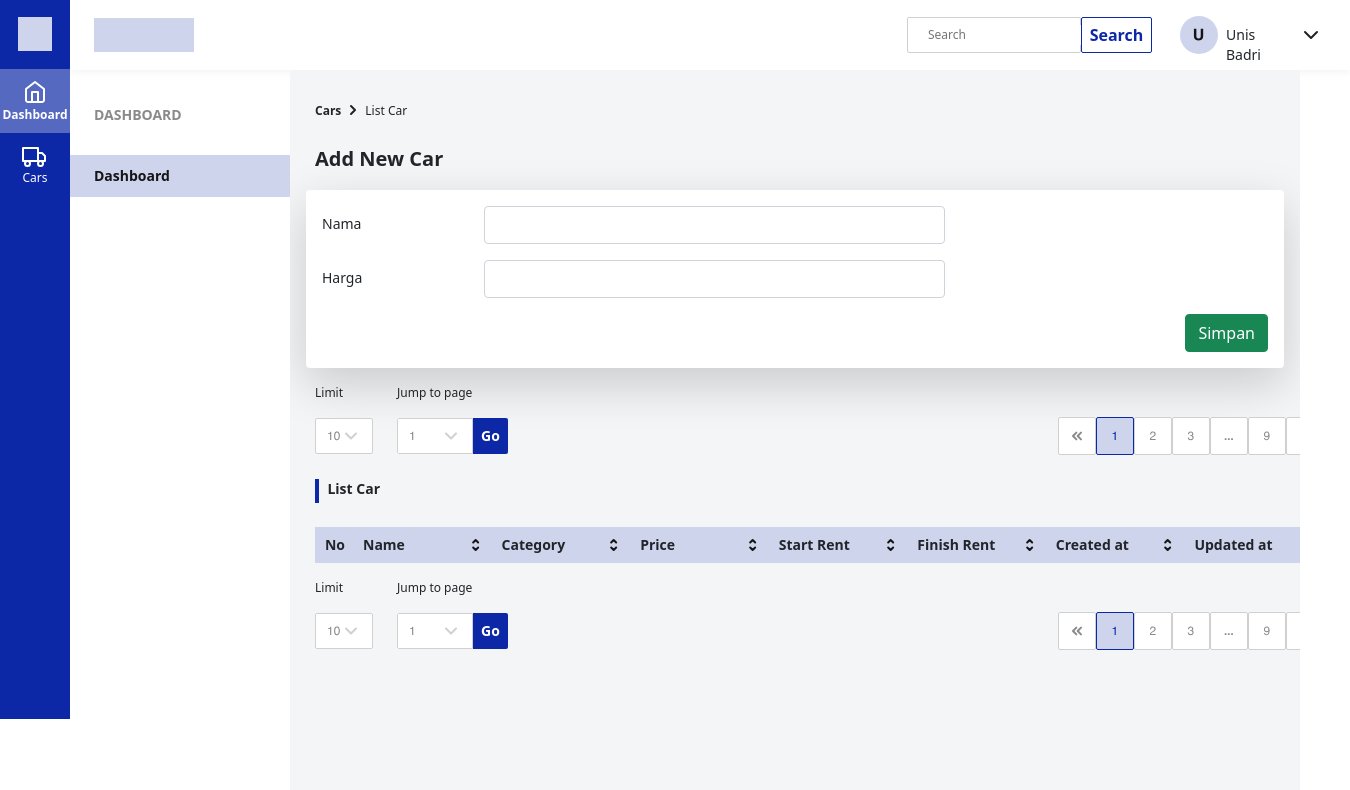
Repository: farrelmuhammad/challenge-7-binar
Page: /carlist/add
The author's editor kept a copy of each file at every save. The page is drawn from the files as they stood at one save, then again after the next save.
The browser window is 1280 px wide. The page is 1350 px wide, so the pictures cover 1350 px, including what lies to the right of the window. The pictures show the whole page.
The project was rebuilt for these pictures with package versions that can differ from the ones it lists, and the page was loaded fresh each time. Also part of the build but not shown: src/component/navbar.js, src/component/header.js, src/component/footer.js, src/App.js, src/component/admin/Dashboard/index.jsx, src/pages/admin/Dashboard.js, src/component/admin/Cars/index.jsx, src/pages/admin/CarsList.js and 2 more.

Above is the page before, as saved 2022-05-27 21:15:51.

### src/index.css
body {
  font-family: Helvetica Neue, Helvetica, Arial, sans-serif;
  font-style: normal;
  font-weight: normal;
  font-size: 14px;
  line-height: 20px;
  margin: 0;
  padding: 0;
}

h1,
h2,
h3,
h4,
h5 {
  line-height: 150%;
}

.header{
  background-color: #F1F3FF;
}

.footer i {
  color: #0D28A6;
  font-size: x-large;
}

.bg-darkblue{
  background-color: #0D28A6;
}

.logo {
  background-color: #0D28A6;
  width: 100px;
  height: 34px;
}

code {
  font-family: source-code-pro, Menlo, Monaco, Consolas, 'Courier New',
    monospace;
}

.card-cari {
  width: 1047px;
  /* height: 106px; */
  margin-top: -50px;
  z-index: 2;
}
.button-cari {
  width: 92px !important;
  margin-top: 30px;
  height: 36px;
}
.activeCari {
  height: 100%;
  width: 0;
  position: fixed;
  z-index: 2;
  top: 0;
  left: 0;
  background-color: rgba(0, 0, 0, 0.5);
  overflow-x: hidden;
  transition: 0.5s;
  padding-top: 34px;
}

### src/component/admin/Navbar.jsx
import { Link } from 'react-router-dom';
import './Navbar.css';

const Navbar = () => {
  return (
    <header>
      {/* navbar top */}
      <div className="nav-top navbar">
        <div className="logo"></div>
        <span
          className="icon-menu iconify"
          data-icon="charm:menu-hamburger"
          data-width="24"
        ></span>
        <form className="nav-search d-flex">
          <div className="box-search">
            <span
              className="iconify"
              data-icon="akar-icons:search"
              data-width="18"
            ></span>
            <input type="search" placeholder="Search" />
          </div>
          <button className="button-search" type="submit">
            Search
          </button>
        </form>
        <div className="profile">
          <img src="img/profile.svg" alt="profile" />
          <p>Unis Badri</p>
          <img className="dropdown" src="img/dropdown.svg" alt="dropdown" />
        </div>
      </div>

      {/* navbar side */}
      <div className="nav-side">
        <div className="nav-blue">
          <div className="square"></div>
          <div className="frame-menu">
            <div className="dash-img" id="active">
              <a href="/dashboard">
                <img src="/img/dashboard.svg" alt="dashboard" />
              </a>
              <a href="/dashboard">Dashboard</a>
            </div>
            <div className="dash-img">
              <Link to="/carlist">
              <a>
                <img src="/img/cars.svg" alt="cars" />
                Cars
              </a>
              </Link>
            </div>
          </div>
        </div>
        <div className="nav-white">
          <div className="title-menu">
            <h1>DASHBOARD</h1>
          </div>
          <div className="list-menu">
            <h1>Dashboard</h1>
          </div>
        </div>
      </div>
    </header>
  );
};

export default Navbar;

### src/component/admin/Cars/add/index.jsx
import React from 'react'
import Dropzone from 'react-dropzone'

export const AddCar = () => {
  return (
    <>
            <div className="content">
                <div className="breadcrumb">
                <h1>Cars</h1>
                <img src="../img/arrow-right.svg" alt="arrow-right" />
                <p>List Car</p>
                </div>
                <div className="col">
                    <h1 className="title-h1">Add New Car</h1>
                </div>



                <form className="form-input shadow-lg p-3 m-3 bg-body rounded">
                        <div className="row mb-3">
                            <label for="inputKode3" className="col-sm-2 col-form-label">Nama</label>
                            <div className="col-sm-6">
                            <input type="kode" className="form-control" id="inputKode3"/>
                            </div>
                        </div>
                        <div className="row mb-3">
                            <label for="inputPassword3" className="col-sm-2 col-form-label">Harga</label>
                            <div className="col-sm-6">
                            <input type="kode" className="form-control" id="inputKode3"/>
                            </div>
                        </div>

                        <div className="d-grid gap-2 d-md-flex justify-content-md-end">
                            <button className="btn btn-success" type="button">Simpan</button>
                        </div>
                </form>

                {/* table navigation */}
                <div className="table-nav">
                <div className="limit-nav">
                    <p>Limit</p>
                    <img src="../img/form-drop.svg" alt="form-drop" />
                </div>
                <div className="jump-nav">
                    <p>Jump to page</p>
                    <img src="../img/form-drop-2.svg" alt="form-drop-2" />
                </div>
                <div className="go-nav">
                    <h1>Go</h1>
                </div>
                <div className="page-number">
                    <img src="../img/page-number.svg" alt="page-number" />
                </div>
                </div>

                <div className="list-car">
                <img src="../img/line-blue.svg" alt="" />
                <h1>List Car</h1>
                </div>
                {/* car table */}
                <div className="list-table">
                <table className="table table-borderless">
                    <thead>
                    <tr>
                        <th style={{ textAlign: "center" }}>No</th>
                        <th>
                        Name
                        <img className="sort" src="img/sort.svg" alt="sort" />
                        </th>
                        <th>
                        Category
                        <img className="sort" src="img/sort.svg" alt="sort" />
                        </th>
                        <th>
                        Price
                        <img className="sort" src="img/sort.svg" alt="sort" />
                        </th>
                        <th>
                        Start Rent
                        <img className="sort" src="img/sort.svg" alt="sort" />
                        </th>
                        <th>
                        Finish Rent
                        <img className="sort" src="img/sort.svg" alt="sort" />
                        </th>
                        <th>
                        Created at
                        <img className="sort" src="img/sort.svg" alt="sort" />
                        </th>
                        <th>
                        Updated at
                        <img className="sort" src="img/sort.svg" alt="sort" />
                        </th>
                    </tr>
                    </thead>
                    <tbody>
                    {/* {dataCarAdmin?.map((car, i) => (
                        <>
                        <tr>
                            <td key={car.id} style={{ textAlign: "center" }}>
                            {i + 1}
                            </td>
                            <td>{car.name}</td>
                            <td>{car.category}</td>
                            <td>{car.price}</td>
                            <td>{car.start_rent_at}</td>
                            <td>{car.finish_rent_at}</td>
                            <td>{car.createdAt}</td>
                            <td>{car.updatedAt}</td>
                        </tr>
                        </>
                    ))} */}
                    </tbody>
                </table>
                </div>

                {/* table navigation */}
                <div className="table-nav">
                <div className="limit-nav">
                    <p>Limit</p>
                    <img src="img/form-drop.svg" alt="form-drop" />
                </div>
                <div className="jump-nav">
                    <p>Jump to page</p>
                    <img src="img/form-drop-2.svg" alt="form-drop-2" />
                </div>
                <div className="go-nav">
                    <h1>Go</h1>
                </div>
                <div className="page-number">
                    <img src="img/page-number.svg" alt="page-number" />
                </div>
                </div>
            </div>
            </>
  )
}

export default AddCar

### src/component/admin/Navbar.css
h1 {
    font-size: 14px;
    line-height: 20px;
}

header .nav-top {
    position: absolute;
    width: 1280px;
    height: 70px;
    left: 70px;
    right: 0;
    top: 0px;
    box-shadow: 0px 2px 8px rgba(0, 0, 0, 0.05);
}

header .nav-top .logo {
    position: absolute;
    width: 100px;
    height: 34px;
    left: 24px;
    top: 18px;
    background: #CFD4ED;
}

header .nav-top .icon-menu {
    position: absolute;
    width: 24px;
    height: 24px;
    left: 244px;
    top: 23px;
}

header .nav-top .nav-search {
    display: flex;
    flex-direction: row;
    align-items: flex-start;
    padding: 0px;
    position: absolute;
    width: 245px;
    height: 36px;
    left: 837px;
    top: 17px;
}

header .nav-top .nav-search .box-search {
    display: flex;
    flex-direction: row;
    align-items: center;
    padding-left: 12px;
    width: 174px;
    height: 36px;
    border: 1px solid #D0D0D0;
    border-radius: 2px;
    font-size: 12px;
    line-height: 18px;
    color: #8A8A8A;
}

header .nav-top .nav-search .box-search > input {
    border: none;
    outline: none;
    padding-left: 8px;
}

header .nav-top .nav-search .button-search {
    display: flex;
    flex-direction: row;
    justify-content: center;
    align-items: center;
    padding: 8px 12px;
    width: 71px;
    height: 36px;
    background-color: white;
    border: 1px solid #0D28A6;
    border-radius: 2px;
    font-weight: 700;
    color:#0D28A6;
}

header .nav-top .profile {
    display: flex;
    flex-direction: row;
    align-items: center;
    position: absolute;
    width: 143px;
    height: 38px;
    left: 1110px;
    right: 24px;
    top: 16px;
}

header .nav-top .profile > p {
    position: absolute;
    width: 65px;
    height: 20px;
    left: 46px;
    top: 9px;
    font-weight: 400;
    font-size: 14px;
    line-height: 20px;
}

header .nav-top .profile .dropdown {
    position: absolute;
    width: 24px;
    height: 24px;
    left: 119px;
    top: 7px;
}

header .nav-side {
    position: absolute;
    width: 290px;
    height: 100%;
    left: 0px;
    top: -1px;
}

header .nav-side .nav-blue {
    position: absolute;
    left: 0%;
    right: 75.86%;
    top: 0%;
    bottom: 0%;
    background: #0D28A6;
}

header .nav-side .nav-blue .square {
    position: absolute;
    width: 34px;
    height: 34px;
    left: 18px;
    top: 18px;
    background: #CFD4ED;
}

header .nav-side .nav-blue .frame-menu {
    display: flex;
    flex-direction: column;
    align-items: flex-start;
    padding: 0px;
    position: absolute;
    width: 70px;
    height: 128px;
    left: 0px;
    top: 70px;
}

header .nav-side .nav-blue .frame-menu .dash-img {
    display: flex;
    flex-direction: column;
    justify-content: center;
    align-items: center;
    padding: 20px 23px;
    position: static;
    width: 70px;
    height: 64px;
    left: 0px;
    top: 0px;
}

#active {
    font-weight: 700;
    background: rgba(255, 255, 255, 0.3);
}

header .nav-side .nav-blue .frame-menu .dash-img a {
    font-size: 12px;
    line-height: 18px;
    margin-top: 2px;
    text-decoration: none;
    color: white;
}

header .nav-side .nav-blue img:last-child {
    margin-top: 0;
}

header .nav-side .nav-white {
    position: absolute;
    left: 24.14%;
    right: 0%;
    top: 7.76%;
    bottom: 0.22%;
}

header .nav-side .nav-white .title-menu {
    position: absolute;
    width: 220px;
    height: 42px;
    left: 24px;
    top: 50px;
}

header .title-menu h1 {
    font-weight: 700;
    color: #8A8A8A;
    left: 24px;
}

header .nav-side .nav-white .list-menu {
    position: static;
    margin-top: 100px;
    width: 220px;
    height: 42px;
    padding: 11px 24px;
    background: #CFD4ED;
}

header .list-menu h1 {
    font-weight: 700;
    color: #151515;
    left: 24px;
}

### src/component/admin/Dashboard/Content.css
.content {
    position: absolute;
    overflow: auto;
    left: 290px;
    top: 70px;
    /* width: 1280px; */
    height: 100%;
    background: #F4F5F7;
    font-size: 14px;
    line-height: 20px;
}

.content .breadcrumb {
    position: absolute;
    width: 300px;
    height: 18px;
    left: 25px;
    top: 32px;
}

.content .breadcrumb > h1 {
    font-size: 12px;
    line-height: 18px;
    font-weight: 700;
}

.content .breadcrumb > p {
    font-size: 12px;
    line-height: 18px;
    font-weight: 300;
}

.content .breadcrumb > img {
    width: 16px;
    height: 16px;
    margin-left: 4px;
    margin-right: 4px;
}

.content .title-h1 {
    font-size: 20px;
    line-height: 30px;
    font-weight: 700;
    margin-left: 25px;
    margin-top:74px;
}

.content .list-order {
    margin-top: 24px;
    position: absolute;
    width: 79px;
    height: 24px;
    margin-left: 25px;
}

.content .list-order > img {
    width: 4px;
    height: 24px;
}

.content .list-order > h1 {
    float: right;
    font-weight: 700;
    margin-left: 8px;
}

.content .list-table table {
    margin-left: 25px;
    margin-top: 72px;
    width: 100%;
    table-layout: fixed;
    background-color: white;
    border: 1px solid none;
    border-radius: 2px;
}

.content .list-table table thead {
    background-color: rgba(207, 212, 237, 1);
    font-weight: 700;
}

.content .list-table table thead th:first-child {
    width: 40px;
}

.content .list-table table thead th > img {
    float: right;
}

.content .table-nav {
    display: flex;
    flex-direction: row;
    width: 1010px;
    font-size: 12px;
    line-height: 18px;
    font-weight: 300;
}

.content .table-nav .limit-nav{
    margin-left: 25px;
}

.content .table-nav .limit-nav p {
    font-size: 12px;
    line-height: 18px;
}

.content .table-nav .jump-nav {
    margin-left: 24px;
}

.content .table-nav .jump-nav p {
    font-size: 12px;
    line-height: 18px;
}

.content .table-nav .go-nav {
    width: 43px;
    height: 36px;
    margin-top: 34px;
    background: #0D28A6;
    border-radius: 0px 2px 2px 0px;
}

.content .table-nav .go-nav > h1 {
    text-align: center;
    font-weight: bold;
    color: white;
    padding: 8px 8px;
}

.content .table-nav .page-number {
    margin-top: 33px;
    margin-left: 550px;
}

.content .list-car {
    margin-top: 24px;
    position: absolute;
    width: 65px;
    height: 24px;
    margin-left: 25px;
}

.content .list-car > img {
    width: 4px;
    height: 24px;
}

.content .list-car > h1 {
    float: right;
    font-weight: 700;
    margin-left: 8px;
}

.content .title-button-car {
    display: inline-flex;
}

.content .title-button-car > h1 {
    margin-right: 800px;
}

.content .title-button-car > a img {
    margin-top: 74px;
}

.content .button-category {
    margin-top: 24px;
    margin-left: 8px;
    display: inline-flex;
}

.content .button-category img {
    margin-left: 16px;
}

.content .cars-card {
    width: 320px;
    height: 482px;
    margin-left: 25px;
    margin-top: 24px;
    box-shadow: 0px 0px 4px rgba(0, 0, 0, 0.15);
    border-radius: 8px;
}

.content .cars-card .card-img-top {
    width: 270px;
    height: 160px;
    margin: auto;
    margin-top: 55px;
}

.content .cars-card .card-body {
    padding: 24px;
}

.content .cars-card .card-body .bold-h1 {
    font-weight: 700;
    font-size: 16px;
    line-height: 24px;
    margin-bottom: 0;
}

.content .cars-card .card-body-text {
    display: inline-flex;
    width: 303px;
    height: 20px;
    margin-top: 16px;
}

.content .cars-card .card-body-text img {
    margin-right: 8px;
    width: 20px;
    height: 20px;
}

.content .cars-card .button-card {
    display: inline-flex;
    margin-left: 8px;
    margin-top: 24px;
}

.content .cars-card .button-card img {
    width: 120px;
}

.content .cars-card .button-card img:last-child {
    margin-left: 16px;
}

.content .form-add-new-car {
    width: 1010px;
    height: 350px;
    background: white;
    margin-top: 32px;
    margin-left: 25px;
}

.content .form-add-new-car .content-form {
    padding-top: 16px;
    padding-left: 25px;
    font-weight: 300;
    font-size: 12px;
    line-height: 18px;
}

.content .form-add-new-car .content-form label {
    width: 147px;
}

.content .form-add-new-car .content-form input {
    width: 339px;
    height:auto;
    border: 1px solid #D0D0D0;
    border-radius: 2px;
    color: #8A8A8A;
    font-weight: 300;
    font-size: 12px;
    line-height: 18px;
}

.content .form-add-new-car .content-form .content-box {
    margin-left: 4px;
}

.content .form-add-new-car .content-h1 h1 {
    display: inline-flex;
    margin-left: 25px;
    margin-top: 16px;
    font-weight: 300;
    font-size: 12px;
    line-height: 18px;
}

.content .form-add-new-car .content-h1 h1:first-child {
    width: 147px;
}

.content .form-add-new-car .content-h1 h1:last-child {
    margin-left: 8px;
}

.content .button-form {
    display: inline-flex;
    margin-left: 9px;
}

.content .button-form img {
    margin-left: 16px;
    margin-top: 282px;
    margin-bottom: 40px;
}

Loaded but not shown: public/index.html (common file); src/app/store.js (common file); src/reportWebVitals.js (common file); src/features/counter/counterAPI.js (common file); src/features/counter/counterSlice.js (73 lines, source omitted); src/Routes.js (25 lines, source omitted); src/index.js (26 lines, source omitted); src/pages/admin/AddCar.js (14 lines, source omitted); src/component/admin/Cars/Content.css (338 lines, source omitted)

After the next save:
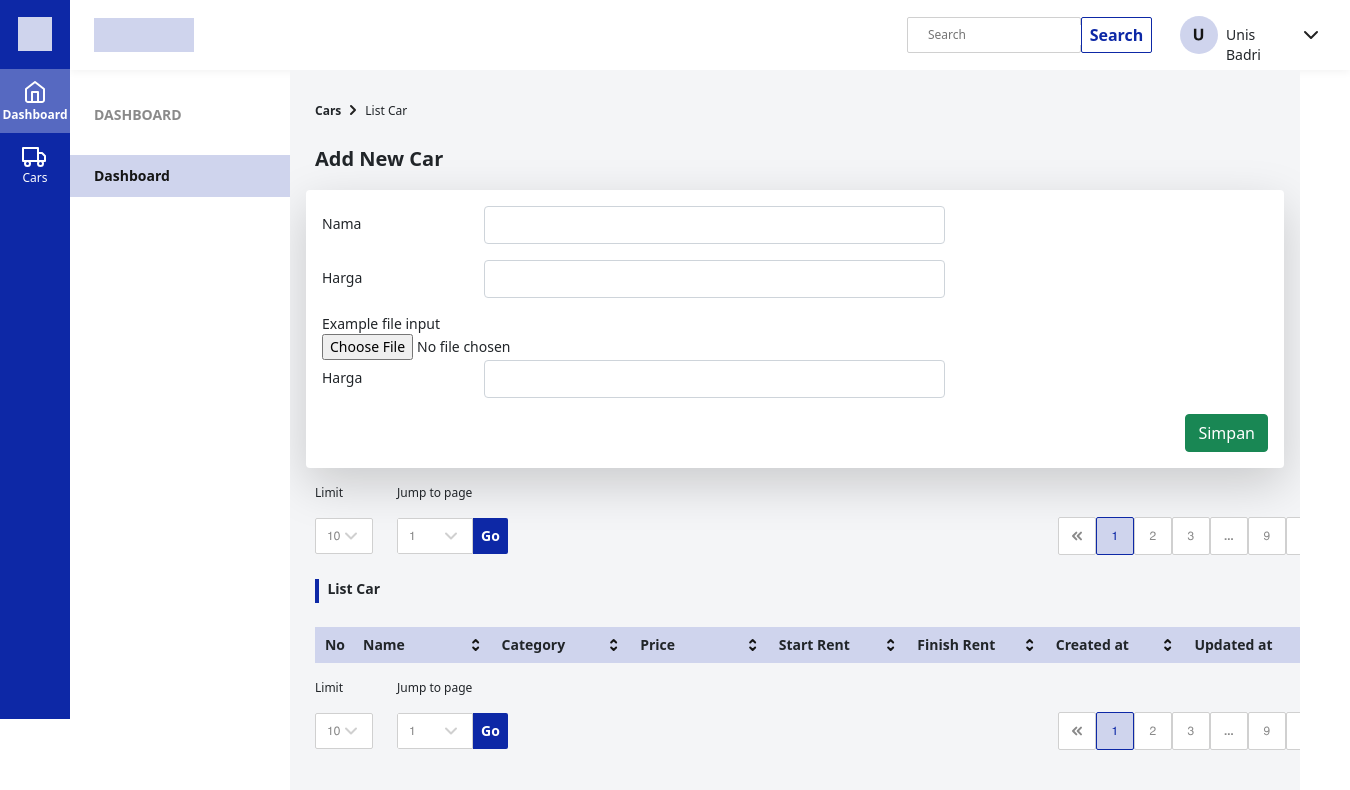
Saved 113 s later.
--- a/src/component/admin/Cars/add/index.jsx
+++ b/src/component/admin/Cars/add/index.jsx
@@ -24,6 +24,14 @@ export const AddCar = () => {
                             </div>
                         </div>
                         <div className="row mb-3">
+                            <label for="inputPassword3" className="col-sm-2 col-form-label">Harga</label>
+                            <div className="col-sm-6">
+                            <input type="kode" className="form-control" id="inputKode3"/>
+                            </div>
+                        </div>
+                        <div className="row mb-3">
+                            <label for="exampleFormControlFile1">Example file input</label>
+                            <input type="file" class="form-control-file" id="exampleFormControlFile1"/>
                             <label for="inputPassword3" className="col-sm-2 col-form-label">Harga</label>
                             <div className="col-sm-6">
                             <input type="kode" className="form-control" id="inputKode3"/>
